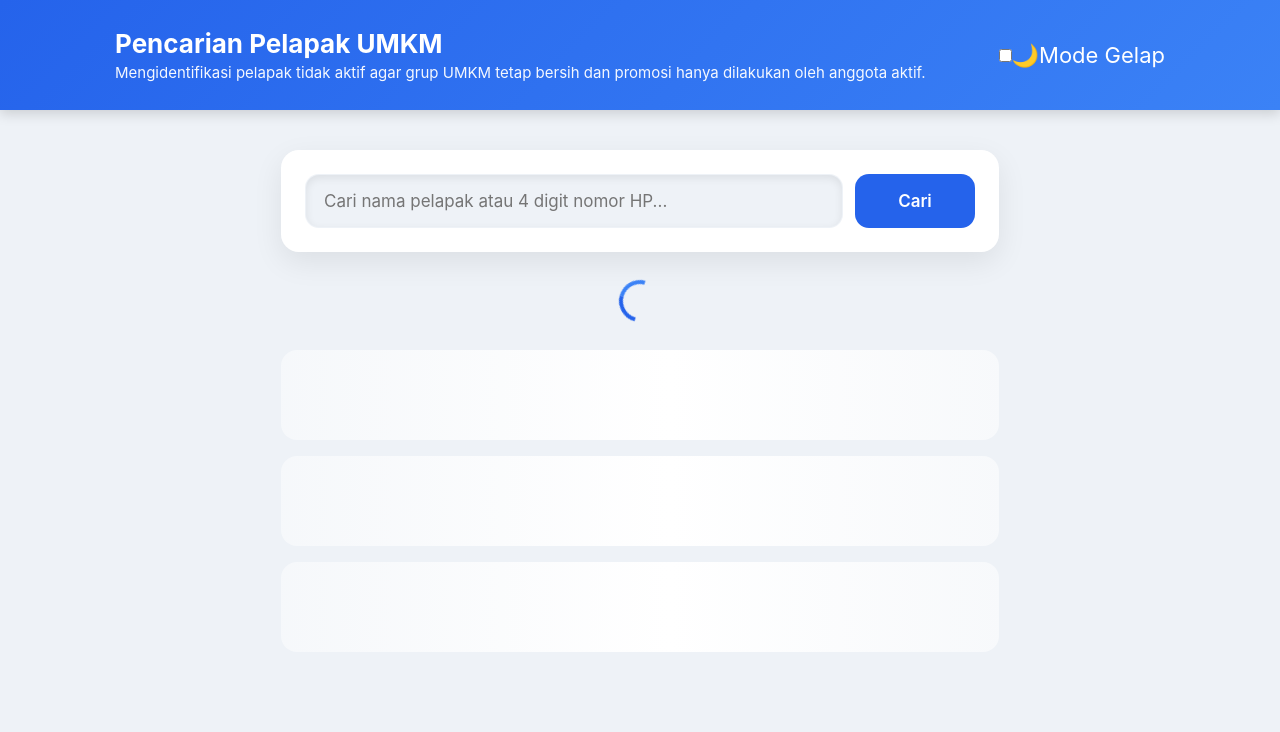
Repository: pasarrakyatbak/ceklapak
Page: index.html
An editor plug-in stored every save of this project. The page is shown before and after the next save, followed by the edit.
The browser window is 1280 px wide. The pictures show the whole page.

Above is the page before, as saved 2025-11-19 06:08:21.

### index.html
<!DOCTYPE html>
<html lang="id">

<head>
    <meta charset="UTF-8" />
    <meta name="viewport" content="width=device-width, initial-scale=1.0" />
    <title>Pencarian Pelapak UMKM</title>
    <link rel="stylesheet" href="style.css" />
</head>

<body>
    <header>
        <div class="header-inner">
            <div class="header-text">
                <h1>Pencarian Pelapak UMKM</h1>
                <p class="desc">
                    Mengidentifikasi pelapak tidak aktif agar grup UMKM tetap bersih
                    dan promosi hanya dilakukan oleh anggota aktif.
                </p>
            </div>

            <div class="controls">
                <label class="theme-toggle" aria-label="Toggle dark mode">
                    <input id="themeToggle" type="checkbox" />
                    <span class="toggle-icon">🌙</span>
                    <span class="toggle-text">Mode Gelap</span>
                </label>
            </div>
        </div>
    </header>

    <main>
        <section class="search-card">
            <div class="search-box">
                <input type="text" id="queryInput" placeholder="Cari nama pelapak atau 4 digit nomor HP..."
                    autocomplete="off" aria-label="Kolom pencarian pelapak" />
                <button id="searchBtn" aria-label="Tombol cari pelapak">Cari</button>
            </div>
        </section>

        <!-- RESULT BOX -->
        <section>
            <div id="resultBox" class="result-box hidden" role="region" aria-live="polite"></div>
        </section>

        <!-- LOADING SPINNER -->
        <div id="loader" class="loader hidden" aria-hidden="true"></div>

        <!-- SKELETON LOADING -->
        <div id="skeletonBox" class="skeleton-box hidden" aria-hidden="true">
            <div class="skeleton-item"></div>
            <div class="skeleton-item"></div>
            <div class="skeleton-item"></div>
        </div>
    </main>

    <script src="app.js"></script>
</body>

</html>

### style.css
/* === Color variables === */
:root {
    --bg: #eef2f7;
    --card: #ffffff;
    --text: #1e293b;
    --muted: #64748b;
    --primary: #2563eb;
    --primary-light: #3b82f6;
    --shadow: rgba(0, 0, 0, 0.08);

    --font-lg: 17px;
    --font-base: 16px;
    --font-sm: 14px;
}

body.dark {
    --bg: #0d1117;
    --card: #161b22;
    --text: #e5e7eb;
    --muted: #9ca3af;
    --primary: #3b82f6;
    --primary-light: #60a5fa;
    --shadow: rgba(0, 0, 0, 0.45);
}

/* === Base === */
* {
    margin: 0;
    padding: 0;
    box-sizing: border-box;
    font-family: "Inter", system-ui, sans-serif;
}

body {
    background: var(--bg);
    color: var(--text);
    transition: 0.3s ease;
    padding-bottom: 40px;
}

/* === Header === */
header {
    background: linear-gradient(135deg, var(--primary), var(--primary-light));
    padding: 28px 20px;
    color: white;
    box-shadow: 0 4px 12px rgba(0, 0, 0, 0.15);
}

.header-inner {
    max-width: 1050px;
    margin: auto;
    display: flex;
    justify-content: space-between;
    align-items: center;
}

header h1 {
    font-size: 26px;
    font-weight: 700;
}

.desc {
    font-size: 15px;
    opacity: 0.95;
    margin-top: 4px;
}

/* === Dark mode toggle === */
.theme-toggle {
    display: flex;
    align-items: center;
    cursor: pointer;
    font-size: 22px;
}

/* === Search Card === */
main {
    max-width: 750px;
    margin: 40px auto;
    padding: 0 16px;
}

.search-card {
    background: var(--card);
    padding: 24px;
    border-radius: 18px;
    box-shadow: 0 10px 30px var(--shadow);
    backdrop-filter: blur(4px);
}

/* search box */
.search-box {
    display: flex;
    gap: 12px;
}

.search-box input {
    flex: 1;
    padding: 16px 18px;
    border-radius: 14px;
    border: 1px solid transparent;
    background: var(--bg);
    color: var(--text);
    font-size: 17px;
    box-shadow: inset 0 3px 8px var(--shadow);
    transition: 0.2s;
}

.search-box input:focus {
    border-color: var(--primary);
    outline: none;
}

.search-box button {
    padding: 16px 20px;
    background: var(--primary);
    color: white;
    font-size: 17px;
    font-weight: 600;
    border: none;
    border-radius: 14px;
    cursor: pointer;
    transition: 0.2s;
    min-width: 120px;
}

.search-box button:hover {
    background: var(--primary-light);
    transform: translateY(-2px);
}

/* === Result Box === */
.result-box {
    margin-top: 28px;
}

/* result card improved */
.result-item {
    background: var(--card);
    padding: 22px;
    margin-bottom: 16px;
    border-radius: 16px;
    box-shadow: 0 6px 18px var(--shadow);
    border-left: 6px solid var(--primary);
    transition: 0.2s ease;
}

.result-item:hover {
    transform: translateY(-3px);
}

.result-item strong {
    color: var(--primary);
    font-size: 18px;
}

.result-item div {
    font-size: 17px;
    margin-bottom: 6px;
}

.small {
    margin-top: 6px;
    font-size: 15px;
    color: var(--muted);
}

/* === Skeleton Loader === */
.skeleton-box {
    margin-top: 25px;
}

.skeleton-item {
    height: 90px;
    background: linear-gradient(90deg,
            var(--card) 0%,
            var(--bg) 50%,
            var(--card) 100%);
    background-size: 200% 100%;
    border-radius: 16px;
    margin-bottom: 16px;
    animation: shimmer 1.4s infinite;
}

@keyframes shimmer {
    0% {
        background-position: -200% 0;
    }

    100% {
        background-position: 200% 0;
    }
}

/* === Loader === */
.loader {
    width: 42px;
    height: 42px;
    border: 4px solid transparent;
    border-top-color: var(--primary);
    border-right-color: var(--primary-light);
    border-radius: 50%;
    animation: spin 0.75s linear infinite;
    margin: 28px auto;
}

@keyframes spin {
    to {
        transform: rotate(360deg);
    }
}

/* === Responsive (tablet + mobile) === */
@media (max-width: 768px) {
    header h1 {
        font-size: 22px;
    }

    .search-card {
        padding: 20px;
    }

    .result-item {
        padding: 20px;
    }

    .result-item strong {
        font-size: 17px;
    }
}

@media (max-width: 480px) {

    .header-inner {
        flex-direction: column;
        align-items: flex-start;
        gap: 12px;
    }

    .search-box {
        flex-direction: column;
    }

    .search-box input,
    .search-box button {
        width: 100%;
        font-size: 16px;
    }

    .result-item div {
        font-size: 16px;
    }

    .result-item strong {
        font-size: 17px;
    }
}

### app.js
// === CONFIG ===
const API_URL = "https://script.google.com/macros/s/AKfycby4z2qZ24SrJkcyGpybH29lSUC_3_z1LG-7wSmTzpaOEXrwjXf0Cl3hqkg95qAxPj1-/exec";

// DOM
const searchBtn = document.getElementById("searchBtn");
const queryInput = document.getElementById("queryInput");
const resultBox = document.getElementById("resultBox");
const themeToggle = document.getElementById("themeToggle");
const toggleText = document.querySelector(".toggle-text");
const toggleIcon = document.querySelector(".toggle-icon");
const skeletonBox = document.getElementById("skeletonBox");
const loader = document.getElementById("loader");

// Load saved theme
if (localStorage.getItem("theme") === "dark") {
    document.body.classList.add("dark");
    themeToggle.checked = true;
    toggleText.textContent = "Mode Terang";
    toggleIcon.textContent = "☀️";
}

themeToggle.addEventListener("change", () => {
    if (themeToggle.checked) {
        document.body.classList.add("dark");
        toggleText.textContent = "Mode Terang";
        toggleIcon.textContent = "☀️";
        localStorage.setItem("theme", "dark");
    } else {
        document.body.classList.remove("dark");
        toggleText.textContent = "Mode Gelap";
        toggleIcon.textContent = "🌙";
        localStorage.setItem("theme", "light");
    }
});
// Search
searchBtn.addEventListener("click", searchData);
queryInput.addEventListener("keypress", e => e.key === "Enter" && searchData());

// Clean
function cleanNumber(input) {
    return input.replace(/\s|\.|-|\(|\)|\+/g, "");
}

function normalizePhone(phone) {
    if (!phone) return "";
    const digits = phone.replace(/[^0-9]/g, "");
    if (!digits) return "";
    if (digits.startsWith("0")) return digits;
    return "0" + digits;
}

// Main search
function searchData() {
    const raw = queryInput.value.trim();
    if (!raw) return renderError("Masukkan nama atau angka.");

    showSkeleton();
    showLoader();

    const onlyDigits = cleanNumber(raw);
    const is4 = /^\d{4}$/.test(onlyDigits);
    const q = is4 ? onlyDigits : raw.toLowerCase();

    fetch(`${API_URL}?q=${encodeURIComponent(q)}`)
        .then(res => res.json())
        .then(data => {
            hideSkeleton();
            hideLoader();

            if (!data || data.status === "error")
                return renderError(data?.pesan || "Tidak ditemukan.");

            // ==== PENYESUAIAN BARU ====
            // nomor_whatsapp → dinormalisasi
            // nomor_lapak → tetap
            const normalized = (data.hasil || []).map(item => ({
                nama: item.nama,
                nomor_whatsapp: normalizePhone(item.nomor_whatsapp || ""),
                nomor_lapak: item.nomor_lapak || "Tidak ada",
                baris: item.baris
            }));

            renderResults(normalized);
        })
        .catch(() => renderError("Server tidak merespon."));
}

function renderResults(results) {
    resultBox.classList.remove("hidden");

    if (!results.length) {
        resultBox.innerHTML = `<p class="empty">Tidak ada hasil.</p>`;
        return;
    }

    let html = "";
    results.forEach(r => {
        html += `
        <div class="result-item">
            <div><strong>Nama:</strong> ${escape(r.nama)}</div>
            <div><strong>Nomor WhatsApp:</strong> ${escape(r.nomor_whatsapp)}</div>
            <div class="small"><strong>Nomor Lapak:</strong> ${escape(r.nomor_lapak)}</div>
        </div>
        `;
    });

    resultBox.innerHTML = html;
}

function renderError(msg) {
    resultBox.classList.remove("hidden");
    resultBox.innerHTML = `<p style="color:var(--primary);font-weight:600">${escape(msg)}</p>`;
}

function escape(s) {
    return String(s || "—")
        .replace(/&/g, "&amp;")
        .replace(/</g, "&lt;")
        .replace(/>/g, "&gt;");
}

function showSkeleton() {
    skeletonBox.classList.remove("hidden");
    resultBox.classList.add("hidden");
}

function hideSkeleton() {
    skeletonBox.classList.add("hidden");
}

function showLoader() {
    loader.classList.remove("hidden");
    resultBox.classList.add("hidden");
}

function hideLoader() {
    loader.classList.add("hidden");
}

After the next save:
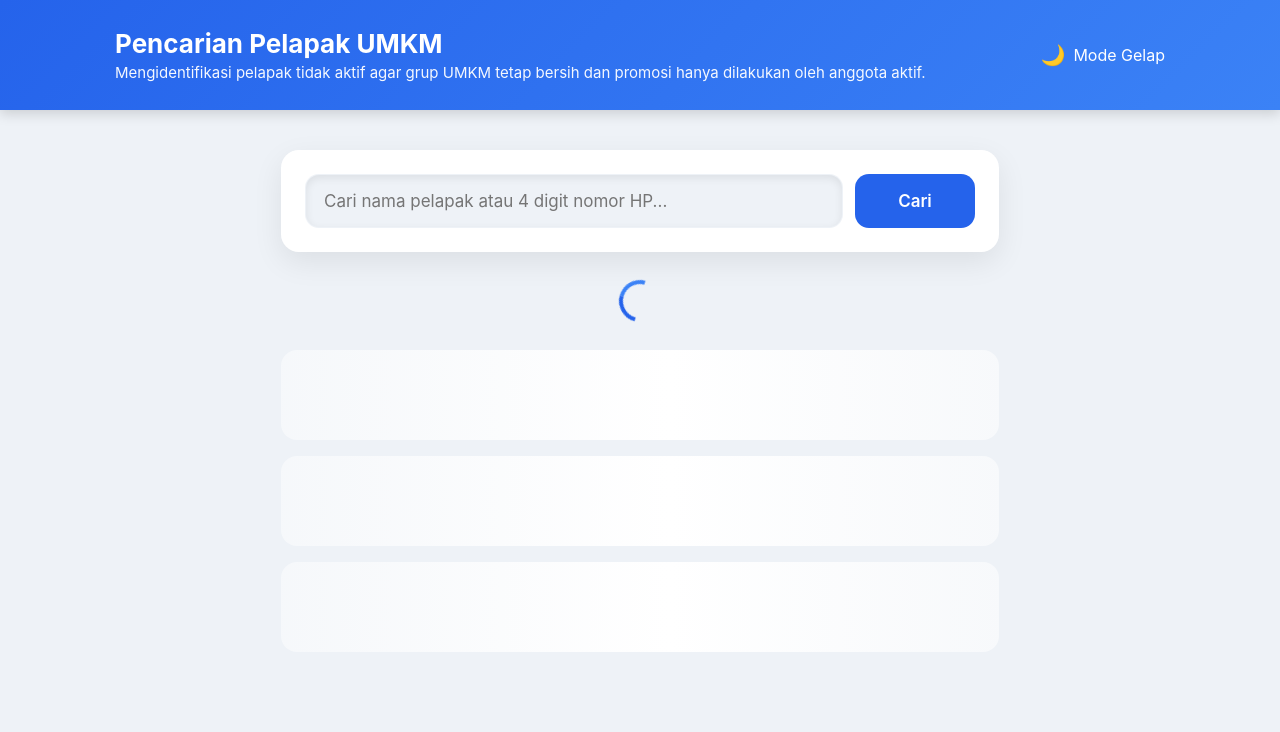
Saved 87 s later.
--- a/style.css
+++ b/style.css
@@ -69,8 +69,21 @@ header h1 {
 .theme-toggle {
     display: flex;
     align-items: center;
+    gap: 8px;
     cursor: pointer;
-    font-size: 22px;
+    user-select: none;
+}
+
+.theme-toggle input {
+    display: none; /* HILANGKAN CHECKBOX BAWAAN */
+}
+
+.toggle-icon {
+    font-size: 20px;
+}
+
+.toggle-text {
+    font-size: 16px;
 }
 
 /* === Search Card === */
